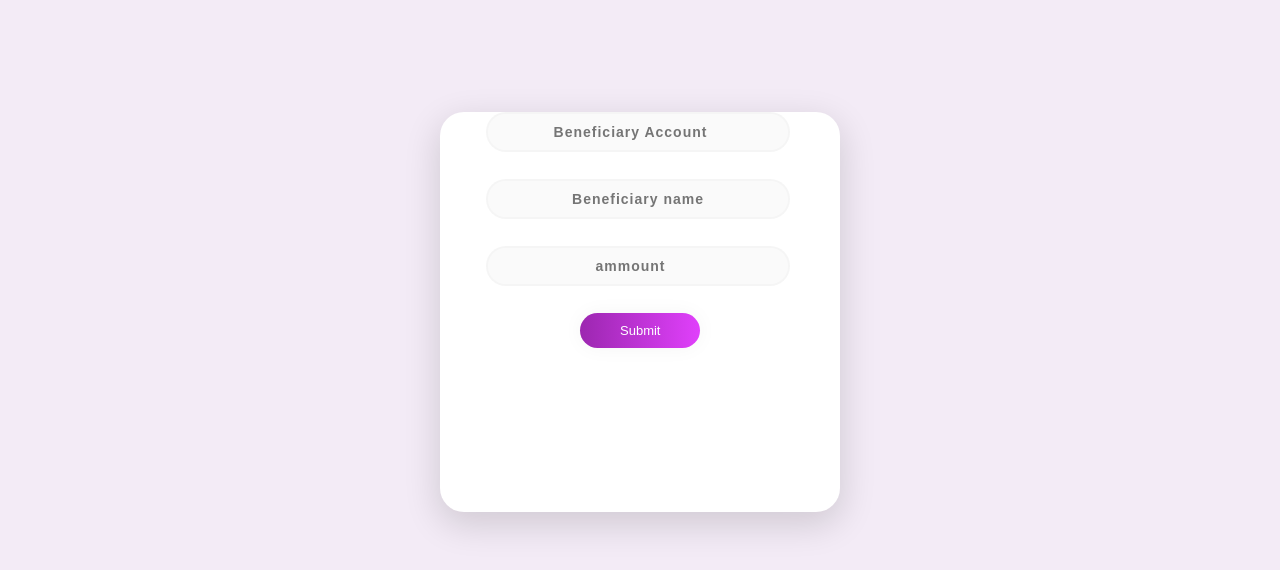
Repository: anujs099/bankingapp
Page: banking-application-final/WebContent/transfer.html
These files come from the project's save history. The page is drawn as it stood at one moment and after the next save; the edit follows.
The browser window is 1280 px wide. The pictures show the whole page.
Some web fonts or font styles are not loaded; a fallback is used.

Above is the page before, as saved 2021-03-07 17:00:28.

### banking-application-final/WebContent/transfer.html
<!DOCTYPE html>
<html>
<head>
<meta charset="ISO-8859-1">
<link rel="stylesheet" href="LoginFile.css">
<link href="https://fonts.googleapis.com/css?family=Ubuntu" rel="stylesheet">
  <meta name="viewport" content="width=device-width, initial-scale=1" />
  <link rel="stylesheet" href="path/to/font-awesome/css/font-awesome.min.css">
<title>Insert title here</title>
</head>
<body>
<div class="main">
<form action="TransferServlet" method="post" >
      <input type="number" id="accctid"  name="acccount"  placeholder="Beneficiary Account" class="un">

      <input type="text" placeholder="Beneficiary name" id="firstname" name="firstname" required="required"  class="un">

      <input type="number" placeholder="ammount"  id="ammount"  name="ammount" class="un" >
      <button type="submit" class="submit">Submit</button>
</form>
</div>


</body>
</html>

### banking-application-final/WebContent/LoginFile.css
@charset "ISO-8859-1";
 body {
        background-color: #F3EBF6;
        font-family: 'Ubuntu', sans-serif;
    }

    .main {
        background-color: #FFFFFF;
        width: 400px;
        height: 400px;
        margin: 7em auto;
        border-radius: 1.5em;
        box-shadow: 0px 11px 35px 2px rgba(0, 0, 0, 0.14);
    }

    .sign {
        padding-top: 40px;
        color: #8C55AA;
        font-family: 'Ubuntu', sans-serif;
        font-weight: bold;
        font-size: 23px;
    }

    .un {
    width: 76%;
    color: rgb(38, 50, 56);
    font-weight: 700;
    font-size: 14px;
    letter-spacing: 1px;
    background: rgba(136, 126, 126, 0.04);
    padding: 10px 20px;
    border: none;
    border-radius: 20px;
    outline: none;
    box-sizing: border-box;
    border: 2px solid rgba(0, 0, 0, 0.02);
    margin-bottom: 50px;
    margin-left: 46px;
    text-align: center;
    margin-bottom: 27px;
    font-family: 'Ubuntu', sans-serif;
    }

    form.form1 {
        padding-top: 40px;
    }

    .pass {
            width: 76%;
    color: rgb(38, 50, 56);
    font-weight: 700;
    font-size: 14px;
    letter-spacing: 1px;
    background: rgba(136, 126, 126, 0.04);
    padding: 10px 20px;
    border: none;
    border-radius: 20px;
    outline: none;
    box-sizing: border-box;
    border: 2px solid rgba(0, 0, 0, 0.02);
    margin-bottom: 50px;
    margin-left: 46px;
    text-align: center;
    margin-bottom: 27px;
    font-family: 'Ubuntu', sans-serif;
    }


    .un:focus, .pass:focus {
        border: 2px solid rgba(0, 0, 0, 0.18) !important;

    }

    .submit {
      cursor: pointer;
        border-radius: 5em;
        color: #fff;
        background: linear-gradient(to right, #9C27B0, #E040FB);
        border: 0;
        padding-left: 40px;
        padding-right: 40px;
        padding-bottom: 10px;
        padding-top: 10px;
        font-family: 'Ubuntu', sans-serif;
        margin-left: 35%;
        font-size: 13px;
        box-shadow: 0 0 20px 1px rgba(0, 0, 0, 0.04);
    }

    .forgot {
        text-shadow: 0px 0px 3px rgba(117, 117, 117, 0.12);
        color: #E1BEE7;
        padding-top: 15px;
    }

    a {
        text-shadow: 0px 0px 3px rgba(117, 117, 117, 0.12);
        color: #E1BEE7;
        text-decoration: none
    }

    @media (max-width: 600px) {
        .main {
            border-radius: 0px;
        }

    }

After the next save:
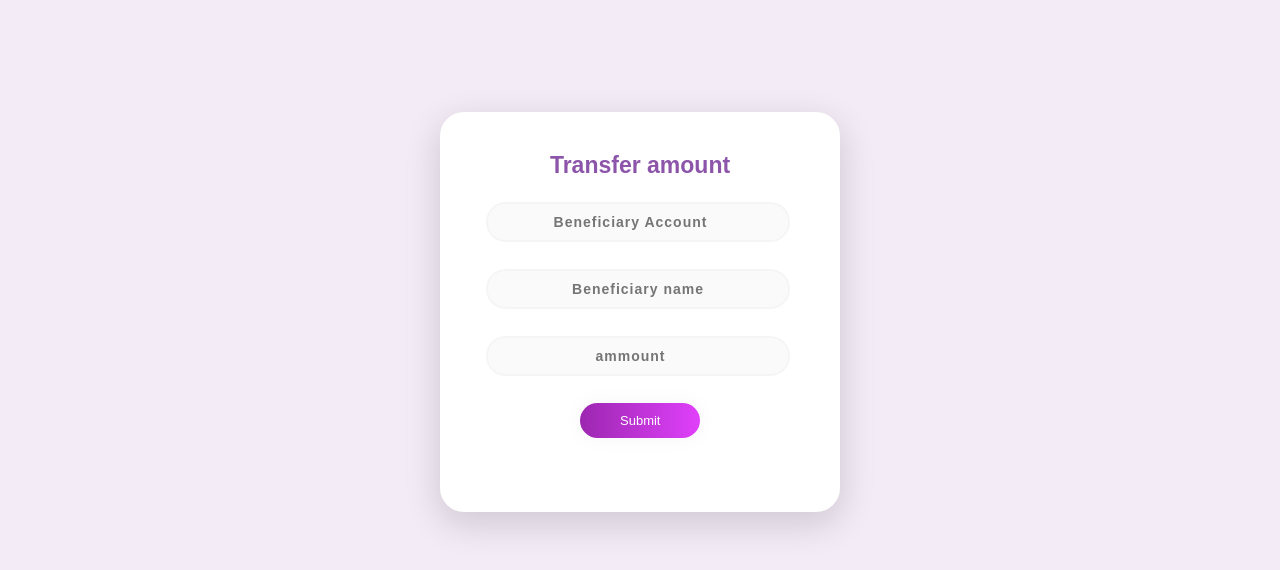
Saved 29 s later.
--- a/banking-application-final/WebContent/transfer.html
+++ b/banking-application-final/WebContent/transfer.html
@@ -10,6 +10,7 @@
 </head>
 <body>
 <div class="main">
+<p class="sign" align="center">Transfer amount</p>
 <form action="TransferServlet" method="post" >
       <input type="number" id="accctid"  name="acccount"  placeholder="Beneficiary Account" class="un">
 
